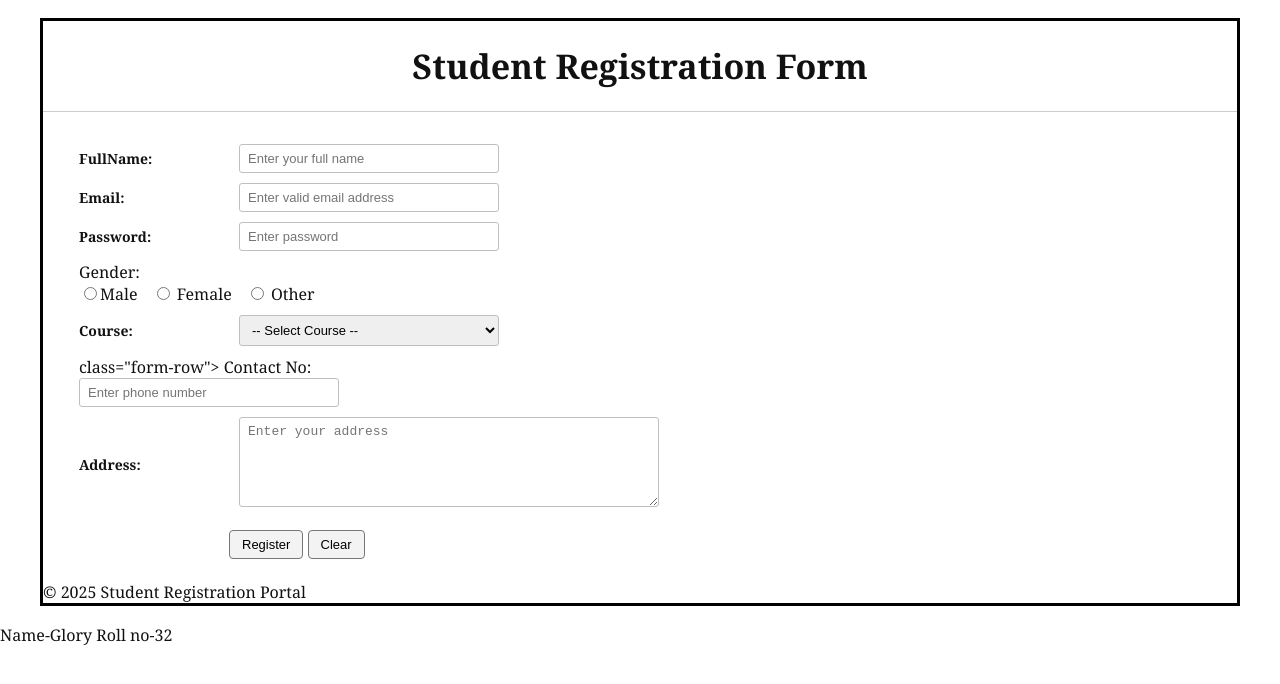
Repository: Glory998/ELCE1-32
Page: experiment5.html
The author's editor kept a copy of each file at every save. The page is drawn from the files as they stood at one save, then again after the next save.
The browser window is 1280 px wide. The pictures show the whole page.

Above is the page before, as saved 2025-10-22 22:53:06.

After the next save:
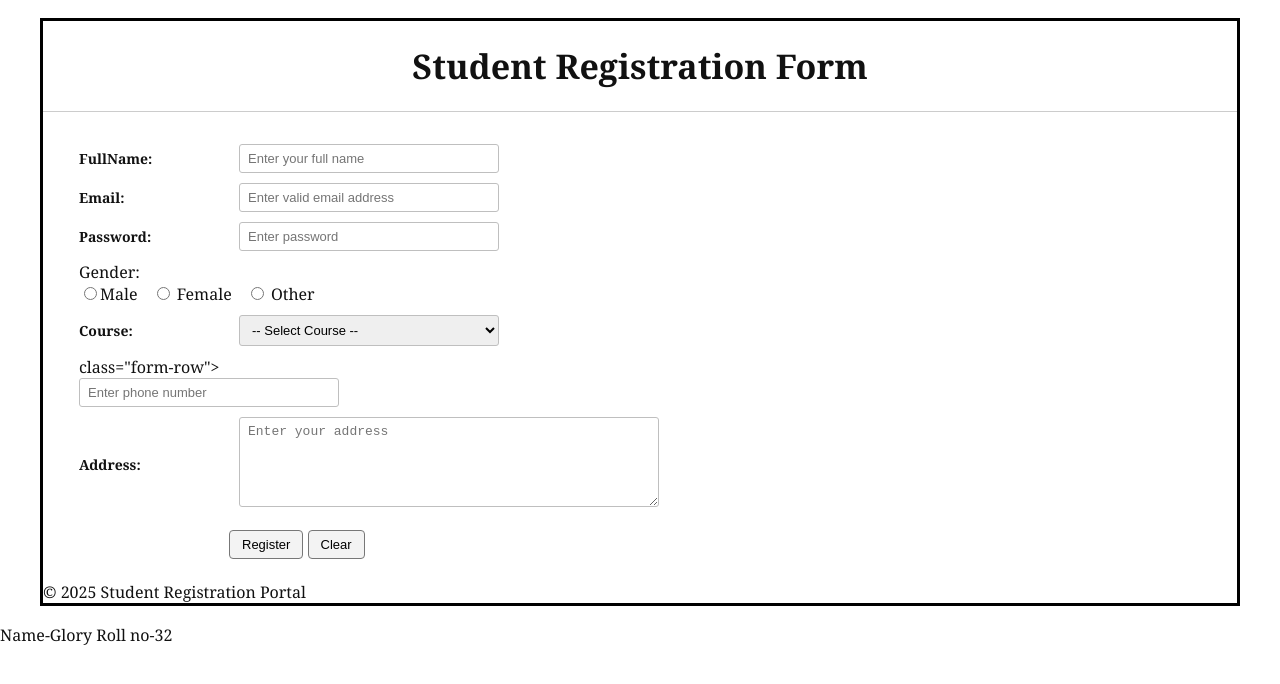
Saved 40 s later.
--- a/experiment5.html
+++ b/experiment5.html
@@ -209,7 +209,7 @@
                                                     </div>
 
                                                         <div> class="form-row">
-                                                            <label for="phone">Contact No:</label>
+                                                            <label for="phone" Contact No:</label>
                                                         <div class="controls">
                                                             <input id="phone"
                                                             name="phone" type="tel"
